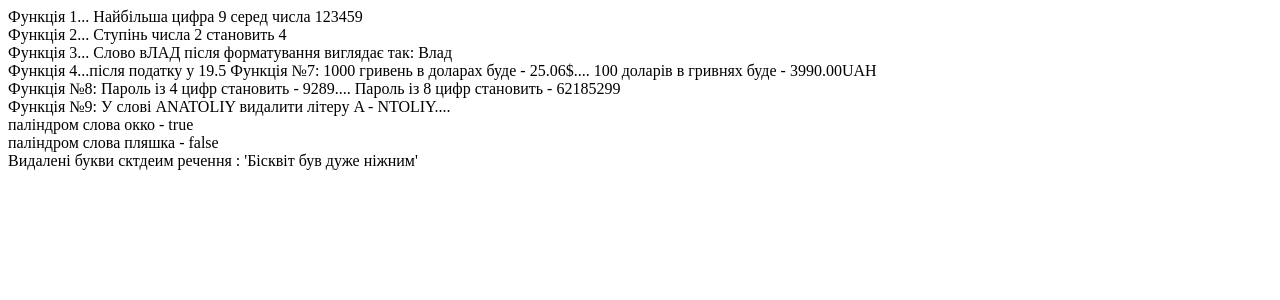
Repository: batonAnton/cursor_js_hw_3
Page: index.html
These files come from the project's save history. The page is drawn as it stood at one moment and after the next save; the edit follows.
The browser window is 1280 px wide. The pictures show the whole page.

Above is the page before, as saved 2022-08-31 15:35:50.

### index.html
<!DOCTYPE html>
<html lang="en">
<head>
    <meta charset="UTF-8">
    <meta http-equiv="X-UA-Compatible" content="IE=edge">
    <meta name="viewport" content="width=device-width, initial-scale=1.0">
    <title>Hw_3  function</title>
</head>
<body>
    <script src="./js/index.js"></script>
</body>
</html>

### js/index.js
// first task
function getMaxDigit(argNew){
    let varNew  = argNew.toString().split('');
    let bigNum = varNew[0];
    for (let i = 0; i < varNew.length; i++) {
        if(varNew[i] > bigNum ) bigNum = varNew [i];

    } return bigNum;
}
let argNew = 123459;
document.writeln(`Функція 1... Найбільша цифра ${getMaxDigit(argNew)} серед числа ${argNew}`);



// 2 task
function exponentDigit(a,b){

    let res = 1;
    for(let i = 0; i < b; i++ ){
        res *= a;
    }return res;
}
let a = 2;
let b = 2;
document.writeln(` <br> Функція 2... Ступінь числа ${a} становить   ${exponentDigit(a,b)} `);


// 3 task

function nameChange(name) {
    return  name.charAt(0).toUpperCase() +  name.slice(1).toLowerCase();
  }

let name = "вЛАД";
document.writeln(` <br> Функція 3... Слово ${name} після форматування виглядає так:   ${nameChange(name)} `);


// 4 task

function calcPercentage( sum,percentageSalary){
  let result =sum - ((percentageSalary * 1000) * 0.100 / 10);
    return  result;


}
const percentageSalary = 19.5;
let sum = 1000;

console.log(calcPercentage(sum,percentageSalary));
document.writeln(` <br> Функція 4...після податку у ${percentageSalary}  `);


// 5 task
function randomRange(minValue,maxValue){

    return Math.ceil(Math.random() * (maxValue - minValue)) + minValue;
}

console.log(randomRange(1,5));

// 6 task

function repeatLetter( str )
{

  for( let i = 0 ;i < str.length ;i++)
  {
    let count = 0;
    for( let j = 0 ;j < str.length ;j++)
    {
      if( str[i] == str[j] && i > j  )
      {
       break;
      }
      if( str[i] == str[j]  )
      {
        count++;
      }
    }
    if( count > 0)
    console.log(`${str[i].toUpperCase()} повторюється  ${count} рази`);
  }

}


let test_str = "укулеле";
console.log("У слові " + " " + test_str + " " + "слова повторюються :");
repeatLetter( test_str);

// 7 task

function convertCurrency (typeValue){
    let dollars = 39.9;
    let res;
        if (typeValue.includes("UAH")) {
            res =   (+typeValue.slice(0, typeValue.indexOf("UAH")) / dollars).toFixed(2) + "$";

          } else if (typeValue.includes("$")) {
            res = (+typeValue.slice(0, typeValue.indexOf("$")) * dollars).toFixed(2) + "UAH";
          } else {
            alert("тільки долари і гривні");
          } return res;


}


let typeValue="1000 UAH";

document.writeln(`Функція №7: 1000 гривень в доларах буде - ${convertCurrency(typeValue)}....`);
typeValue = "100$";
document.writeln(`100 доларів в гривнях  буде - ${convertCurrency(typeValue)} `);

// 9 task
 function getRandomPassword(arg,arg2){

  let result = '';

      for(let i = 0; i < arg; i++){
        result +=(Math.random() * 10).toFixed();
      }
      return result;


        for(let i = 0; i < arg2; i++){
          result+= (Math.random() * 10).toFixed();

        }
        return result;


 }
 const arg = 4;
  const arg2 = 8;
 console.log(getRandomPassword());
 document.writeln(`<br> Функція №8: Пароль із  4 цифр становить - ${getRandomPassword(arg)}....`);
 document.writeln(`  Пароль із  8 цифр становить - ${getRandomPassword(arg2)}`);

//  task 9
//
function deleteLetters(removeLetter, exampleWord) {
  let result = '';
  for (let i = 0; i < exampleWord.length; i++) {
    exampleWord[i] == removeLetter ? result:( result += exampleWord[i]);
  }
  return result;
}

const removeLetter = "A";
const exampleWord = "ANATOLIY";
document.writeln(`<br> Функція №9: У слові ${ exampleWord} видалити літеру ${ removeLetter} - ${deleteLetters(removeLetter, exampleWord)}....`);

// task 10
function isPalindrom(checkWord){
   let result = true;
  for(i = 1; i - 1 < checkWord.length - i ; i++){
    if(checkWord[i-1] !== checkWord[checkWord.length-i])
    return false;
  }
  return result=true;
  for(i = 1; i - 1 < checkWord2.length - i ; i++){
    if(checkWord2[i-1] !== checkWord2[checkWord2.length-i])
    return false;
  }
  return result=true;
}




let checkWord = "окко";
let checkWord2 = "пляшка";
console.log(isPalindrom(checkWord));
document.writeln(`<br>  паліндром слова ${checkWord} - ${isPalindrom(checkWord)}`);
document.writeln(`<br>  паліндром слова ${checkWord2} - ${isPalindrom(checkWord2)}`);


// task 10
function deleteDuplicateLetter(previousString){
let newString = "";
let allLowerCase = previousString.toLowerCase();
    for ( i = 0; i < allLowerCase.length; i++) {
        if (allLowerCase.lastIndexOf(allLowerCase[i]) === allLowerCase.indexOf(allLowerCase[i])) {
            newString += allLowerCase[i]
        }
        else {
          newString;
        }
    }
    return newString;
}

let previousString = "'Бісквіт був дуже ніжним'";
console.log(deleteDuplicateLetter(previousString));

document.writeln(`<br>  Видалені букви ${deleteDuplicateLetter(previousString)} речення : ${previousString}`);

After the next save:
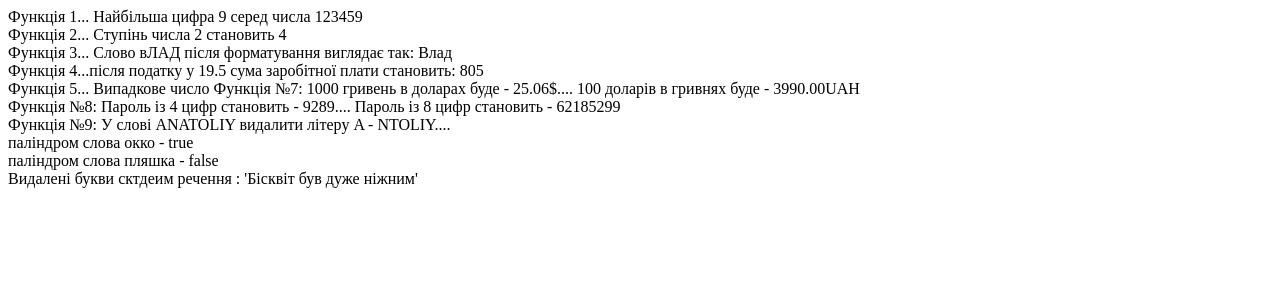
Saved 5 min 5 s later.
--- a/js/index.js
+++ b/js/index.js
@@ -47,16 +47,20 @@ const percentageSalary = 19.5;
 let sum = 1000;
 
 console.log(calcPercentage(sum,percentageSalary));
-document.writeln(` <br> Функція 4...після податку у ${percentageSalary}  `);
+document.writeln(` <br> Функція 4...після податку у ${percentageSalary} сума заробітної плати становить: ${calcPercentage( sum,percentageSalary)} `);
 
 
 // 5 task
 function randomRange(minValue,maxValue){
-
-    return Math.ceil(Math.random() * (maxValue - minValue)) + minValue;
-}
-
+    let result = Math.ceil(Math.random() * (maxValue - minValue)) + minValue;
+    return  result;
+}
+let minValue = 1;
+let maxValue= 10;
 console.log(randomRange(1,5));
+
+document.writeln(` <br> Функція 5... Випадкове число  `);
+
 
 // 6 task
 
